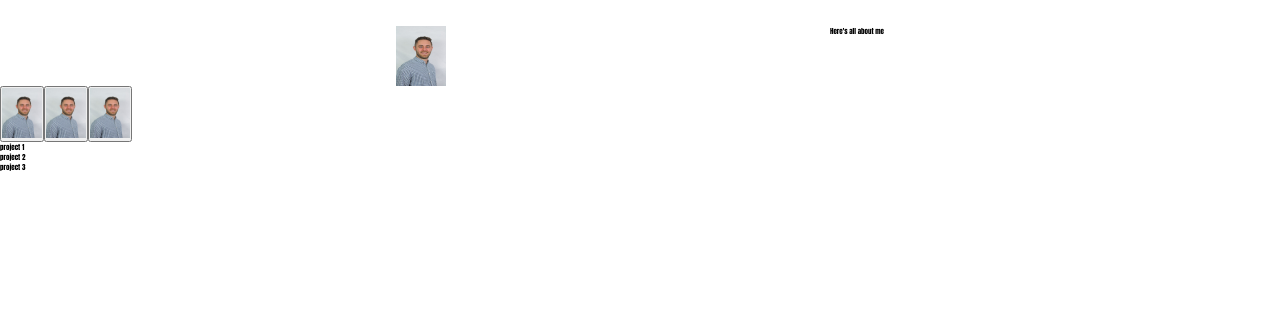
Repository: Kobramall/portfolio-project
Page: /portfolio
An editor plug-in stored every save of this project. The page is shown before and after the next save, followed by the edit.
The browser window is 1280 px wide. The pictures show the whole page.
The project was rebuilt for these pictures with package versions that can differ from the ones it lists, and the page was loaded fresh each time. Also part of the build but not shown: src/App.css, src/componets/Main.jsx. Imported but missing from the stored project, and not drawn on this page: src/assets/Landscape.mov.

Above is the page before, as saved 2022-11-01 15:20:20.

After the next save:
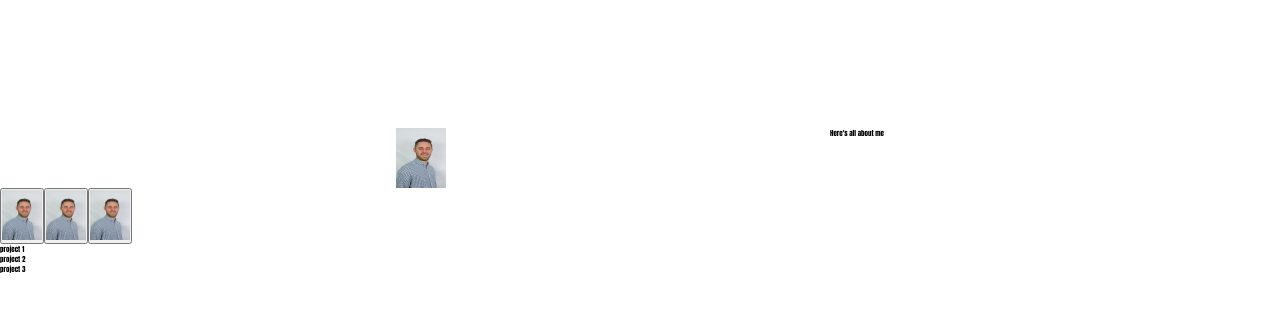
Saved 8 s later.
--- a/src/index.css
+++ b/src/index.css
@@ -49,7 +49,7 @@ video{
 }
 
 .intro{
-  margin-top: 2%;
+  margin-top: 10%;
   display: flex;
   justify-content: center;
 }
